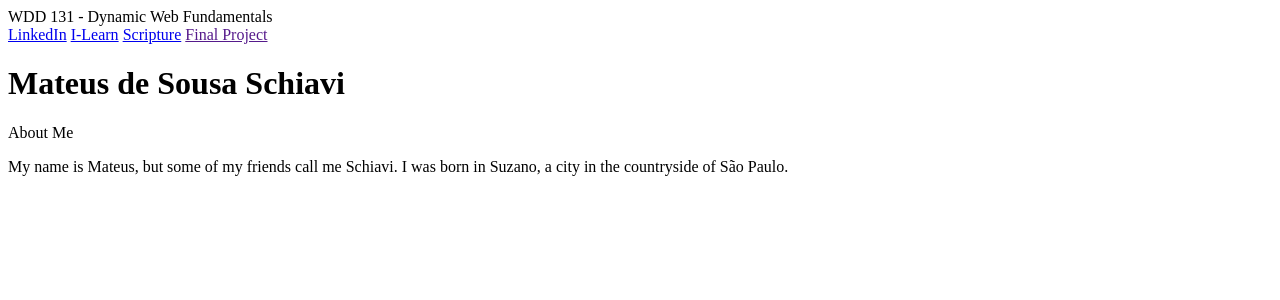
Repository: mateus-schiavi/wdd131
Page: index.html
The author's editor kept a copy of each file at every save. The page is drawn from the files as they stood at one save, then again after the next save.
The browser window is 1280 px wide. The pictures show the whole page.

Above is the page before, as saved 2026-01-10 12:54:28.

### index.html
<!DOCTYPE html>
<html lang="en">
<head>
    <meta charset="UTF-8">
    <meta name="viewport" content="width=device-width, initial-scale=1.0">
    <title>WDD 131 - Dynamic Web Fundamentals - Mateus de Sousa Schiavi</title>
</head>
<body>
    <header>
        <span id="course-title">WDD 131 - Dynamic Web Fundamentals</span>
        <nav>
            <a href="https://www.linkedin.com/in/mateus-de-sousa-schiavi/" target="_blank">LinkedIn</a>
            <a href="https://byupw.instructure.com/" target="_blank">I-Learn</a>
            <a href="https://www.churchofjesuschrist.org/study/scriptures/nt/matt/24?lang=eng&id=p14#p14" target="_blank">Scripture</a>
            <a href="">Final Project</a>
        </nav>
    </header>
    <main>
        <h1>Mateus de Sousa Schiavi</h1>
        <section id="card">
            <header>About Me</header>
            <p>
                My name is Mateus, but some of my friends call me Schiavi. I was born in Suzano, a city in the countryside of São Paulo.

            </p>
        </section>
    </main>
    <footer></footer>
</body>
</html>

After the next save:
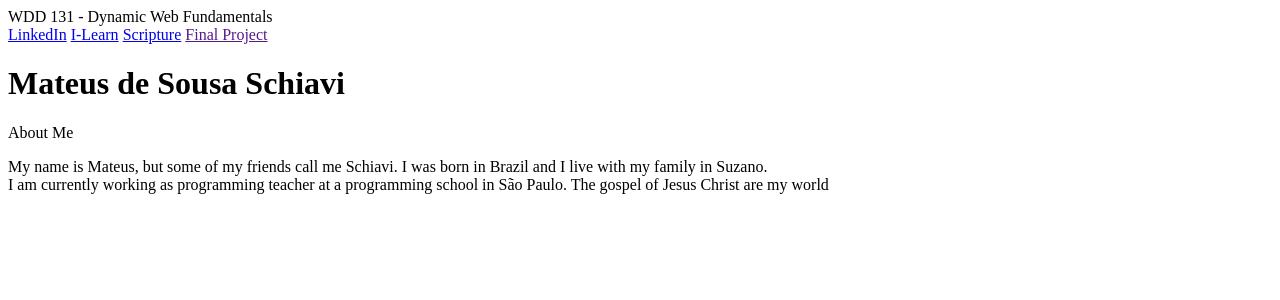
Saved 2 min 7 s later.
--- a/index.html
+++ b/index.html
@@ -20,7 +20,9 @@
         <section id="card">
             <header>About Me</header>
             <p>
-                My name is Mateus, but some of my friends call me Schiavi. I was born in Suzano, a city in the countryside of São Paulo.
+                My name is Mateus, but some of my friends call me Schiavi. I was born in Brazil and I live with my family in Suzano. <br>
+                I am currently working as programming teacher at a programming school in São Paulo. The gospel of Jesus Christ are my world <br>
+
 
             </p>
         </section>
